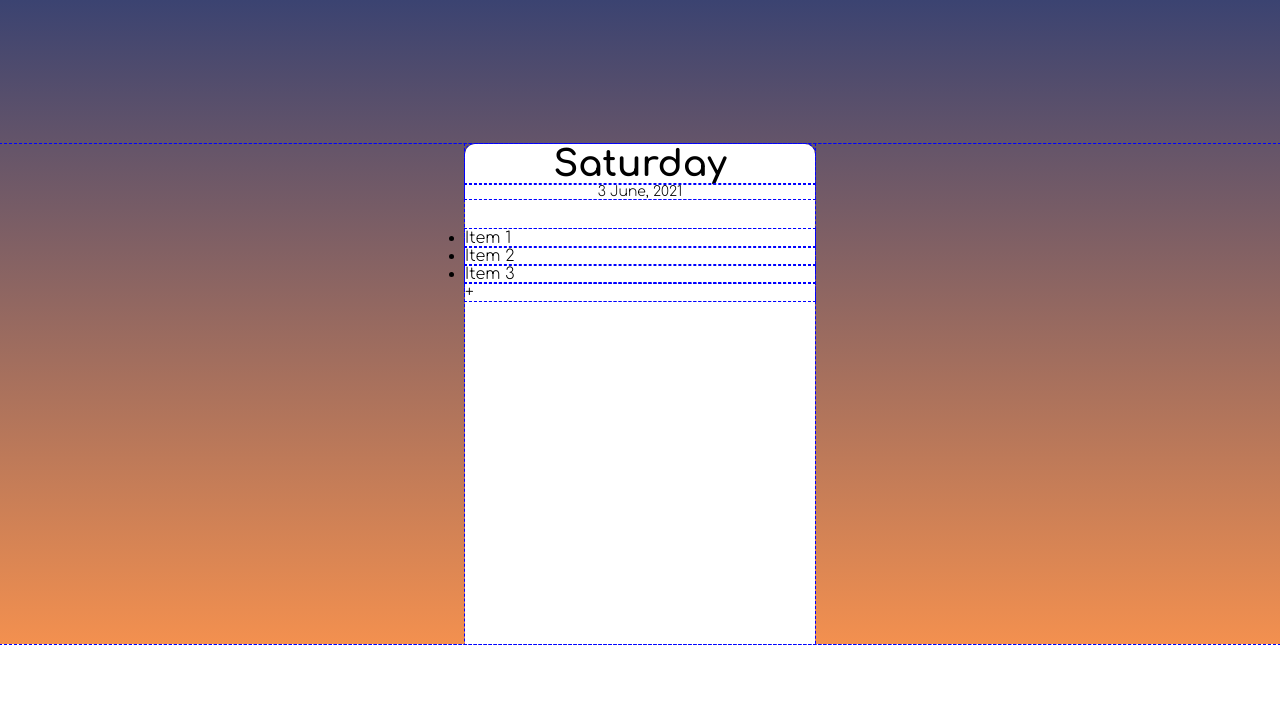
Repository: Colo-Codes/mini-projects
Page: todo-app/index.html
These files come from the project's save history. The page is drawn as it stood at one moment and after the next save; the edit follows.
The browser window is 1280 px wide. The pictures show the whole page.

Above is the page before, as saved 2021-07-04 11:15:24.

### todo-app/index.html
<!DOCTYPE html>
<html lang="en">
    <head>
        <meta charset="UTF-8" />
        <meta http-equiv="X-UA-Compatible" content="IE=edge" />
        <meta name="viewport" content="width=device-width, initial-scale=1.0" />
        <link rel="stylesheet" href="./css/index.css" />
        <title>Mini-Project - ToDo app</title>
    </head>
    <body>
        <div class="changing-background">
            <main class="todo">
                <section id="todo--header">
                    <header>Saturday</header>
                    <p>3 June, 2021</p>
                </section>
                <section id="todo--tasks-list">
                    <ul>
                        <li class="todo--tasks-list--item">Item 1</li>
                        <li class="todo--tasks-list--item">Item 2</li>
                        <li class="todo--tasks-list--item">Item 3</li>
                    </ul>
                </section>
                <section id="todo--footer">
                    <p>+</p>
                </section>
            </main>
        </div>
    </body>
</html>

### todo-app/css/index.css
@import url('https://fonts.googleapis.com/css2?family=Comfortaa:wght@300;700&display=swap');

/* Initial reset */

html {
    box-sizing: border-box;
    font-size: 16px;
}

*,
*:before,
*:after {
    box-sizing: inherit;
    margin: 0;
    padding: 0;
    outline: 1px dashed blue; /* Debugging purposes */
}

body {
    font-family: 'Comfortaa', cursive;
    background: #f3904f; /* fallback for old browsers */
    background: -webkit-linear-gradient(
        to bottom,
        #3b4371,
        #f3904f
    ); /* Chrome 10-25, Safari 5.1-6 */
    background: linear-gradient(
        to bottom,
        #3b4371,
        #f3904f
    ); /* W3C, IE 10+/ Edge, Firefox 16+, Chrome 26+, Opera 12+, Safari 7+ */
    background-repeat: no-repeat;
    background-size: cover;
    /* height: 100vh; */
}

.todo {
    margin: auto;
    margin-top: 20vh;
    width: 350px;
    height: 500px;
    background-color: white;
    border-radius: 10px 10px 0 0;
}

#todo--header header {
    font-size: 2.25rem;
    font-weight: 700;
    text-align: center;
}

#todo--header p {
    font-size: 0.875rem;
    text-align: center;
}

#todo--tasks-list {
    margin-top: 1.875rem;
}

After the next save:
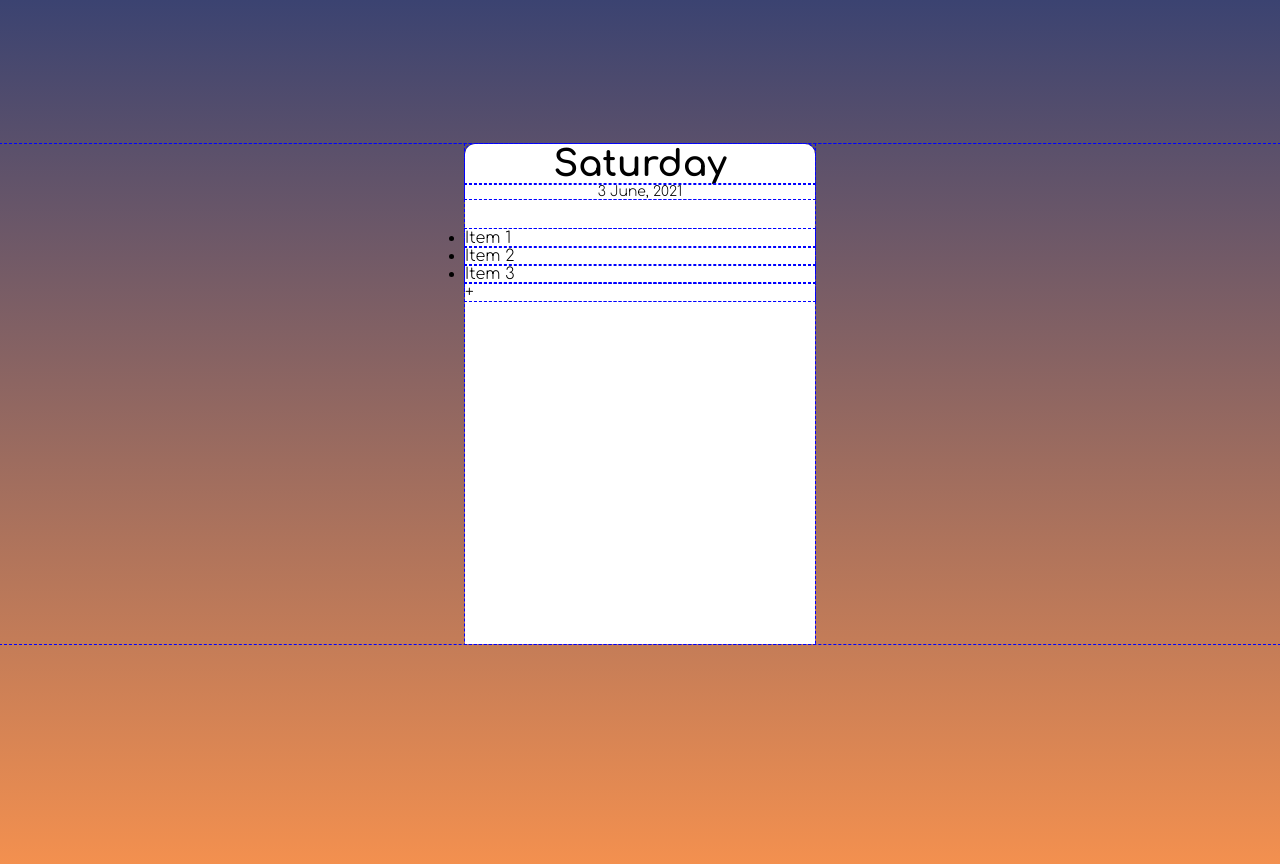
Saved 7 s later.
--- a/todo-app/css/index.css
+++ b/todo-app/css/index.css
@@ -31,7 +31,7 @@ body {
     ); /* W3C, IE 10+/ Edge, Firefox 16+, Chrome 26+, Opera 12+, Safari 7+ */
     background-repeat: no-repeat;
     background-size: cover;
-    /* height: 100vh; */
+    height: 100vh;
 }
 
 .todo {
